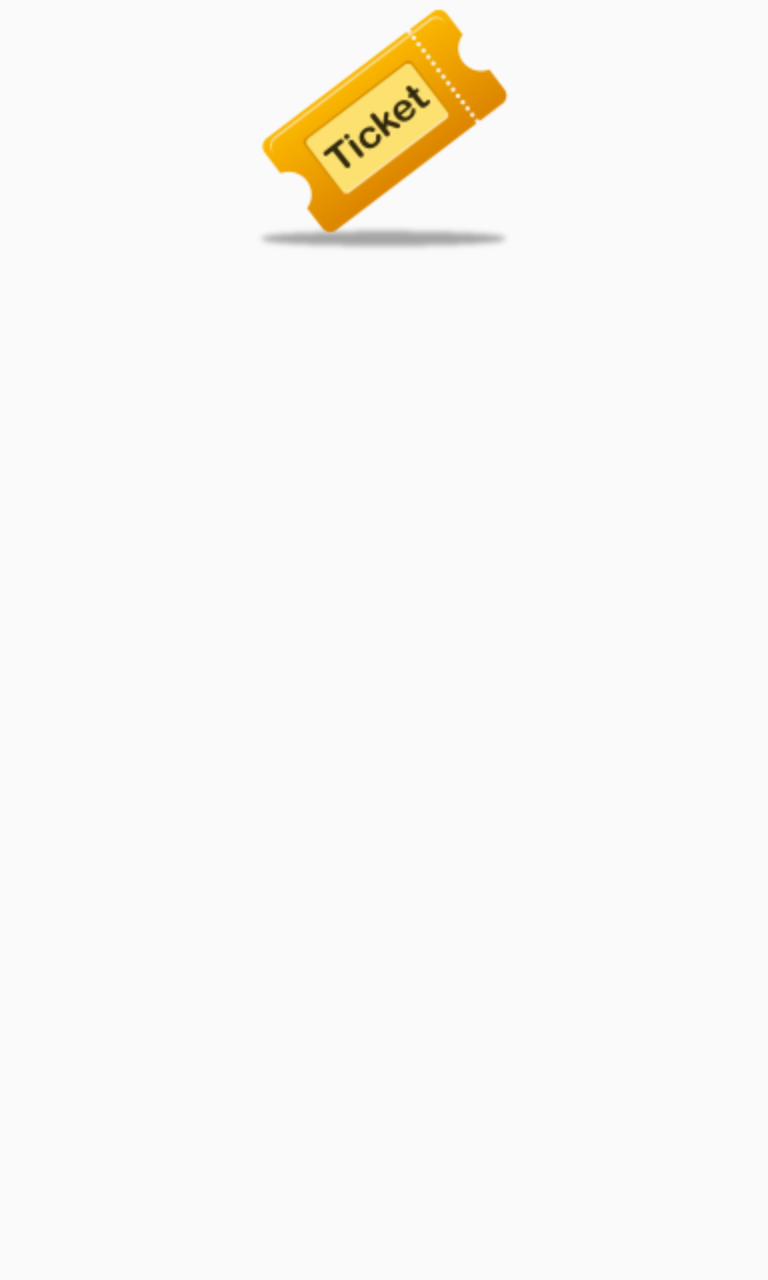
Repository: anzileiro/iot-mobilecup
Layout: iCinema/res/layout/activity_login.xml
The author's editor kept a copy of each file at every save. The layout is drawn from the files as they stood at one save, then again after the next save.
It is drawn on a 768 x 1280 px phone screen (xhdpi) without system bars, with theme AppTheme; the app's code is not run.

Above is the layout before, as saved 2014-10-28 17:31:39.

### iCinema/res/layout/activity_login.xml
<LinearLayout xmlns:android="http://schemas.android.com/apk/res/android"
    android:layout_width="fill_parent"
    android:layout_height="fill_parent"
    android:orientation="vertical" >

    <ImageView
        android:layout_width="wrap_content"
        android:layout_height="wrap_content"
        android:layout_gravity="center"
        android:layout_marginBottom="50dp"
        android:src="@drawable/ticket" />

</LinearLayout>

Loaded but not shown: iCinema/res/values/styles.xml (common file); iCinema/res/values-v11/styles.xml (common file); iCinema/res/values-v14/styles.xml (common file)

After the next save:
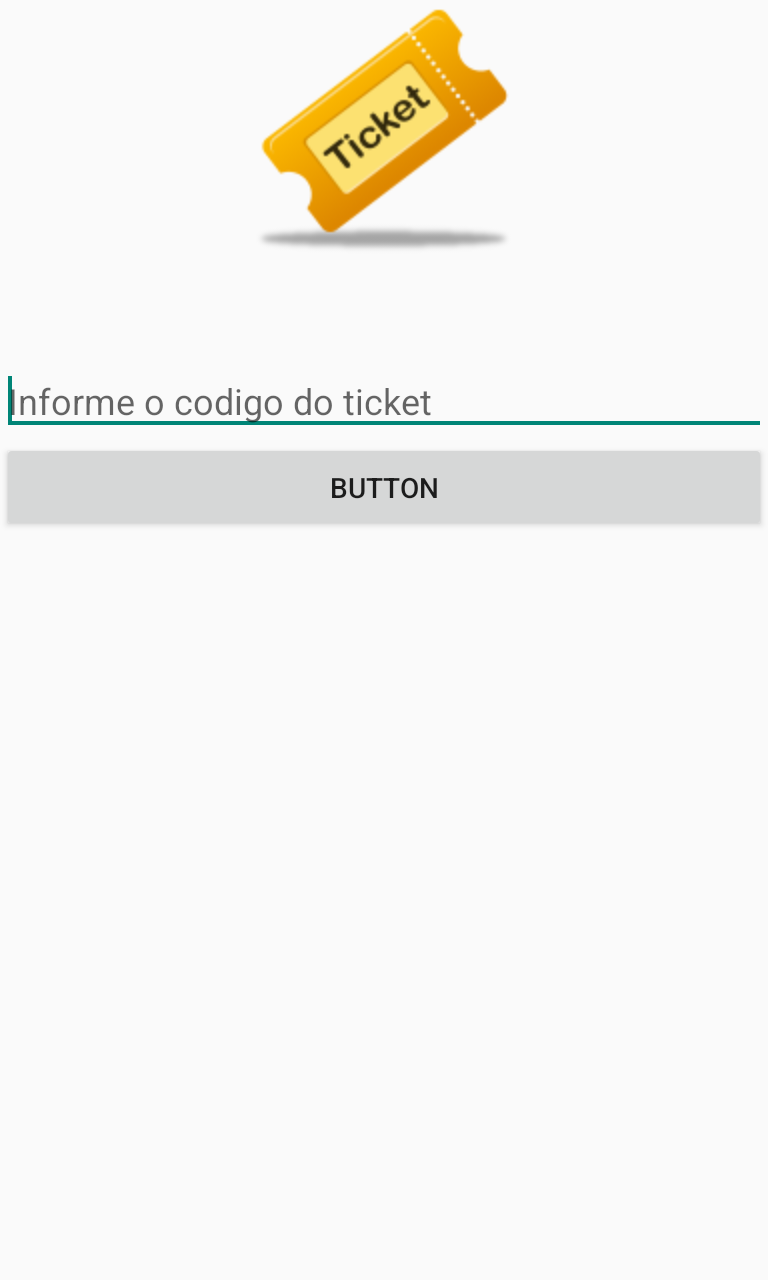
Saved 94 s later.
--- a/iCinema/res/layout/activity_login.xml
+++ b/iCinema/res/layout/activity_login.xml
@@ -10,4 +10,20 @@
         android:layout_marginBottom="50dp"
         android:src="@drawable/ticket" />
 
+    <EditText
+        android:id="@+id/editText1"
+        android:layout_width="match_parent"
+        android:layout_height="wrap_content"
+        android:ems="10"
+        android:hint="Informe o codigo do ticket">
+
+        <requestFocus />
+    </EditText>
+
+    <Button
+        android:id="@+id/button1"
+        android:layout_width="match_parent"
+        android:layout_height="wrap_content"
+        android:text="Button" />
+
 </LinearLayout>
